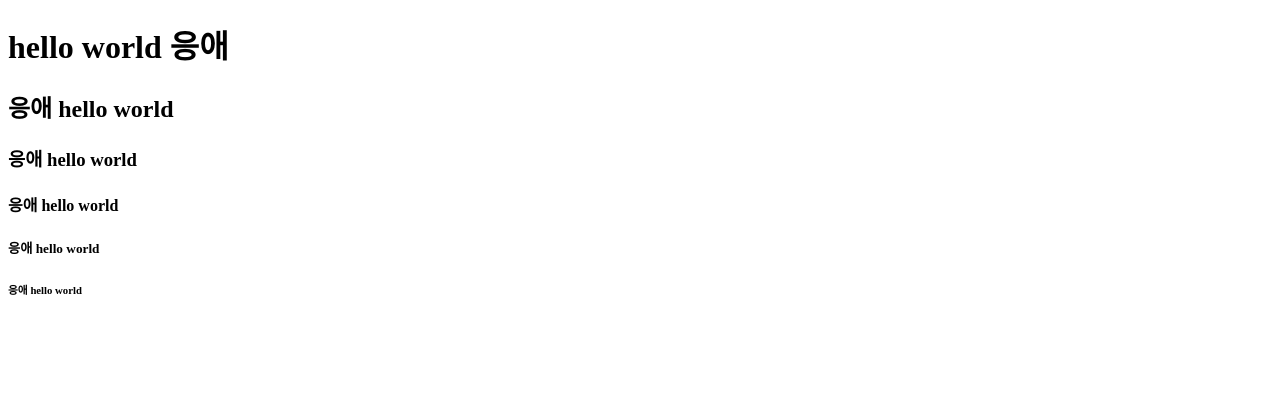
Repository: jaehyeon0418/workspace123
Page: w1021/src/main/webapp/h1021_01.html
An editor plug-in stored every save of this project. The page is shown before and after the next save, followed by the edit.
The browser window is 1280 px wide. The pictures show the whole page.

Above is the page before, as saved 2022-10-21 02:11:04.

### w1021/src/main/webapp/h1021_01.html
<!DOCTYPE html>
<html lang="ko">
<head>
<meta charset="UTF-8">
<title>여기는 제목입니다.</title>
</head>
<body>
<h1> hello world 응애 </h1>
<h2> 응애 hello world </h2>
<h3> 응애 hello world </h3>
<h4> 응애 hello world </h4>
<h5> 응애 hello world </h5>
<h6> 응애 hello world </h6>
</body>
</html>

After the next save:
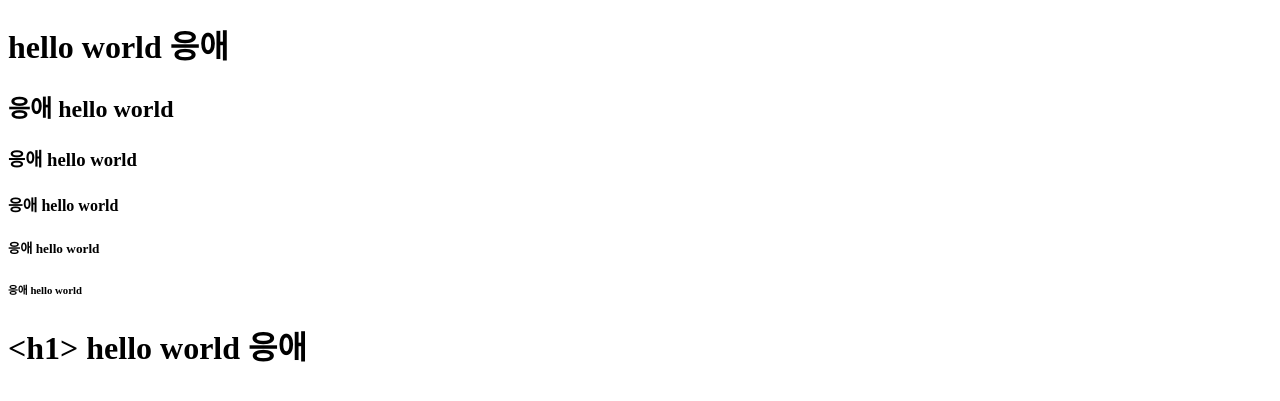
Saved 118 s later.
--- a/w1021/src/main/webapp/h1021_01.html
+++ b/w1021/src/main/webapp/h1021_01.html
@@ -11,5 +11,21 @@
 <h4> 응애 hello world </h4>
 <h5> 응애 hello world </h5>
 <h6> 응애 hello world </h6>
+
+
+
+
+
+
+
+
+
+
+
+
+
+<h1> &lt;h1&gt; hello world 응애 </h1>
+
+
 </body>
 </html>
